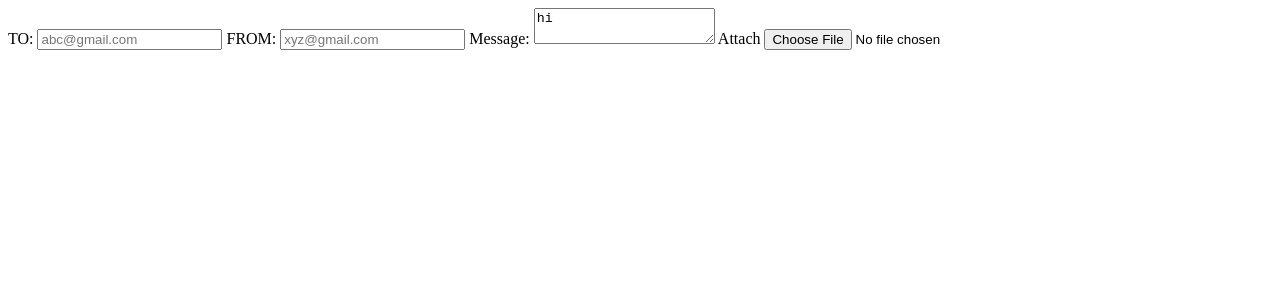
Repository: SarfarazG/java
Page: http://localhost/mailing_system/Compose.jsp
The author's editor kept a copy of each file at every save. The page is drawn from the files as they stood at one save, then again after the next save.
The browser window is 1280 px wide. The pictures show the whole page.
The page is served by Tomcat 9. Other server files are loaded and not shown.

Above is the page before, as saved 2016-09-03 10:14:48.

### mailing_system/WebContent/Compose.jsp
<%@ page language="java" contentType="text/html; charset=ISO-8859-1"
    pageEncoding="ISO-8859-1"%>
<!DOCTYPE html PUBLIC "-//W3C//DTD HTML 4.01 Transitional//EN" "http://www.w3.org/TR/html4/loose.dtd">
<html>
<head>
<meta http-equiv="Content-Type" content="text/html; charset=ISO-8859-1">
<title>Insert title here</title>
</head>
<body>
<form>
<tr><td>TO: </td><td><input type="text" name="sendto" placeholder="abc@gmail.com"></td></tr>
<tr><td>FROM: </td><td><input type="text" name="from" placeholder="xyz@gmail.com"></td></tr>
<tr><td>Message: </td><td><textarea>hi</textarea></td></tr>
<tr><td>Attach </td><td><input type="file" name="file"></td></tr>

</form>
</body>
</html>

After the next save:
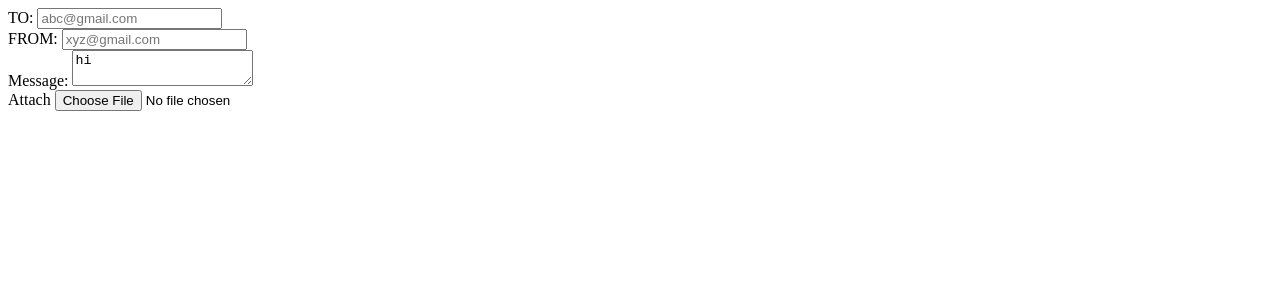
Saved 95 s later.
--- a/mailing_system/WebContent/Compose.jsp
+++ b/mailing_system/WebContent/Compose.jsp
@@ -8,10 +8,10 @@
 </head>
 <body>
 <form>
-<tr><td>TO: </td><td><input type="text" name="sendto" placeholder="abc@gmail.com"></td></tr>
-<tr><td>FROM: </td><td><input type="text" name="from" placeholder="xyz@gmail.com"></td></tr>
-<tr><td>Message: </td><td><textarea>hi</textarea></td></tr>
-<tr><td>Attach </td><td><input type="file" name="file"></td></tr>
+<tr><td>TO: </td><td><input type="text" name="sendto" placeholder="abc@gmail.com"></td></tr><br>
+<tr><td>FROM: </td><td><input type="text" name="from" placeholder="xyz@gmail.com"></td></tr><br>
+<tr><td>Message: </td><td><textarea>hi</textarea></td></tr><br>
+<tr><td>Attach </td><td><input type="file" name="file"></td></tr><br>
 
 </form>
 </body>
